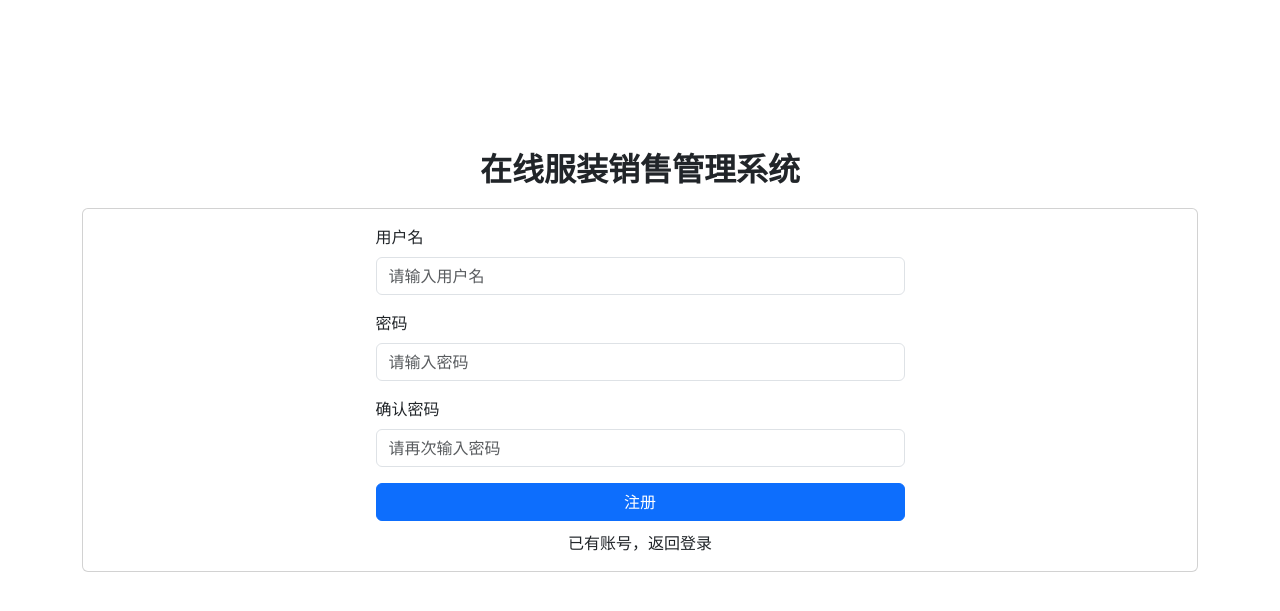
Repository: squawktop/CFS
Page: /user/register (app in web/)
These files come from the project's save history. The page is drawn as it stood at one moment and after the next save; the edit follows.
The browser window is 1280 px wide. The pictures show the whole page.
The project was rebuilt for these pictures with package versions that can differ from the ones it lists, and the page was loaded fresh each time. Also part of the build but not shown: web/vue.config.js, web/src/views/LoginView.vue, web/src/components/NavBar.vue, web/src/views/HomeView.vue, web/src/views/UsersManageView.vue, web/src/views/PersonalCenterView.vue, web/src/views/GoodsManageView.vue, web/src/views/OrdersManageView.vue and 1 more.

Above is the page before, as saved 2024-03-23 18:54:59.

### web/src/App.vue
<template>
  <RouterView></RouterView>
</template>

<script>


// 导入bootstrap
import "bootstrap/dist/css/bootstrap.min.css"
import "bootstrap/dist/js/bootstrap"
// import { ref } from "vue";

// import $ from 'jquery';
export default {
  components: {

  }
  ,
  setup() {
    // const user_id = ref("");
    // const username = ref("");
    // const password = ref("");

    // $.ajax({
    //   type: "get",
    //   url: "http://127.0.0.1:3000/user/getlist",
    //   success(resp) {
    //     user_id.value = resp[0].id;
    //     username.value = resp[0].username;
    //     password.value = resp[0].password;

    //   },
    //   error() {
    //     this.user_id = "error"
    //   }
    // })




    return {

    }
  }

}

</script>

<style></style>

### web/src/router/index.js
import { createRouter, createWebHistory } from 'vue-router'
// import HomeView from '../views/HomeView.vue'
import LoginView from '../views/LoginView.vue'
import RegisterView from '../views/RegisterView.vue'
import HomeView from '../views/HomeView.vue'
import UsersManageView from '../views/UsersManageView.vue'
import PersonalCenterView from '../views/PersonalCenterView.vue'
import GoodsManageView from '../views/GoodsManageView.vue'
import OrdersManageView from '../views/OrdersManageView.vue'
import NotFound from '../views/NotFoundView.vue'
import store from '@/store/index'

const routes = [
  {
    path: '/',
    name: 'home',
    component: HomeView,
    // redirect: "/user/register",
    meta: { //该页面是否需要授权      //随便写， 也可以设置为   flag : true;
      requestAuth: true,
    }
  },

  {
    path: '/user/login',
    name: 'user_login',
    component: LoginView,
    meta: {
      requestAuth: false,
    }
  },

  {
    path: '/user/register',
    name: 'user_register',
    component: RegisterView,
    meta: { //该页面是否需要授权
      requestAuth: false,
    }
  },
  {
    path: '/user/personalcenter',
    name: 'personal_center',
    component: PersonalCenterView,
    meta: { //该页面是否需要授权
      requestAuth: true,
    }
  },

  {
    path: '/user/usermanage',
    name: 'user_manage',
    component: UsersManageView,
    meta: { //该页面是否需要授权
      requestAuth: true,
    }
  }
  ,
  {
    path: '/goods/manage',
    name: 'goods_manage',
    component: GoodsManageView,
    meta: { //该页面是否需要授权
      requestAuth: true,
    }
  }, {
    path: '/orders/manage',
    name: 'orders_manage',
    component: OrdersManageView,
    meta: { //该页面是否需要授权
      requestAuth: true,
    }
  },


  {
    path: "/404/",
    name: "404",
    component: NotFound
  },
  {
    path: "/:catchAll(.*)",
    redirect: "/404/",  //页面重定向到404
  }
]

const router = createRouter({
  history: createWebHistory(),
  routes
})

router.beforeEach((to, from, next) => {
  if (to.meta.requestAuth && !store.state.user.is_login) {
    next({ name: "user_login" });
  } else {
    next();
  }
})

export default router

### web/src/store/index.js
import { createStore } from 'vuex'
import ModuleUser from '@/store/user'

export default createStore({
  state: {
  },
  getters: {
  },
  mutations: {
  },
  actions: {
  },
  modules: {
    user: ModuleUser,
  }
})

### web/src/views/RegisterView.vue
<template>
    <div class="background">
        <h2>在线服装销售管理系统</h2>
        <ContentField>
            <div class="row justify-content-md-center">
                <div class="col-6 ">
                    <form @submit.prevent="register">
                        <div class="mb-3 ">
                            <label for="username" class="form-label">用户名</label>
                            <div><input v-model="username" type="text" class="form-control" id="username"
                                placeholder="请输入用户名" /></div>

                        </div>
                        <div class="mb-3">
                            <label for="password" class="form-label">密码</label>
                            <input v-model="password" type="password" class="form-control" id="password"
                                placeholder="请输入密码" />
                        </div>
                        <div class="mb-3">
                            <label for="confirmedPassword" class="form-label">确认密码</label>
                            <input v-model="confirmedPassword" type="password" class="form-control"
                                id="confirmedPassword" placeholder="请再次输入密码" />
                        </div>
                        <div class="error-message">{{ error_message }} </div>
                        <button type="submit" class="btn btn-primary">注册</button>
                        <div class="tip" @click="loginview">已有账号，返回登录</div>

                    </form>
                </div>
            </div>
        </ContentField>
    </div>

</template>

<script>
import ContentField from "@/components/ContentField.vue";
import { ElMessage } from 'element-plus'
import { ref } from 'vue'
import router from "@/router/index";
import $ from 'jquery'

export default {
    components: {
        ContentField,
    },
    setup() {
        let username = ref('');
        let password = ref('');
        let confirmedPassword = ref('');
        let error_message = ref('');

        const register = () => {
            $.ajax({
                url: "http://127.0.0.1:3000/api/user/account/register/",
                type: "post",
                data: {
                    username: username.value,
                    password: password.value,
                    confirmedPassword: confirmedPassword.value,
                },
                success(resp) {
                    if (resp.error_message === 'success') {
                        ElMessage.success("注册成功，请登录");
                        router.push({ name: "user_login" });
                    } else {
                        error_message.value = resp.error_message;
                    }
                }
            })
        }

        const loginview = () => {
            router.push({ name: "user_login" });
        }

        return {
            username,
            password,
            confirmedPassword,
            error_message,
            register,
            loginview,
        }
    }
};
</script>

<style scoped>
h2 {

    text-align: center;
    margin-top: 150px;
    font-weight: bold;
}

button {
    width: 100%;
}

div.error-message {
    color: red;
}

.tip {
    cursor: pointer;
    text-align: center;
    margin-top: 10px;

}

.tip:hover {
    text-decoration: underline;
}
</style>

### web/src/store/user.js
import router from '@/router';
import $ from 'jquery'
export default {
    state: {
        id: "",
        username: "",
        photo: "",
        token: "",
        is_login: false,
        pulling_info: true,
    },
    getters: {
    },
    mutations: {        //一般是用来修改数据的
        updateUser(state, user) {
            state.id = user.id;
            state.username = user.username;
            state.photo = user.photo;
            state.is_login = user.is_login;
        },
        updateToken(state, token) {
            state.token = token;
        },
        logout(state) {
            state.id = "";
            state.username = "";
            state.photo = "";
            state.token = "";
            state.is_login = false;
            router.push({ name: "user_login" });
        },
        updatePullingInfo(state, pulling_info) {
            state.pulling_info = pulling_info;
        },
    },

    actions: {

        login(context, data) {
            $.ajax({
                url: "http://127.0.0.1:3000/api/user/account/token/",
                type: "post",
                data: {
                    username: data.username,
                    password: data.password,
                },
                success(resp) {
                    if (resp.error_message === "success") {
                        localStorage.setItem("jwt_token", resp.token);
                        context.commit("updateToken", resp.token);
                        data.success(resp);
                    } else {
                        data.error(resp);
                    }
                },
                error(resp) {
                    data.error(resp)
                },
            });
        },
        getinfo(context, data) {
            $.ajax({
                url: "http://127.0.0.1:3000/api/user/account/info/",
                type: "get",
                headers: {
                    Authorization:
                        "Bearer " + context.state.token,
                },
                success(resp) {
                    if (resp.error_message === "success") {
                        // console.log(resp);
                        context.commit("updateUser", {
                            ...resp,
                            is_login: true,

                        });
                        data.success(resp);
                    } else {
                        data.success(resp);
                    }

                },
                error(resp) {
                    data.error(resp);
                },
            });

        },
        logout(context) {
            localStorage.removeItem("jwt_token");
            context.commit("logout")
        }
    },
    modules: {
    }
}

### web/src/components/ContentField.vue
<template>
    <div class="container content-field">
        <div class="card">
            <div class="card-body">
                <slot></slot>
            </div>
        </div>
    </div>
</template>

<script>
</script>

<style scoped>
div.content-field {
    margin-top: 20px;
}
</style>

Loaded but not shown: web/public/index.html (common file); web/src/main.js (common file)

After the next save:
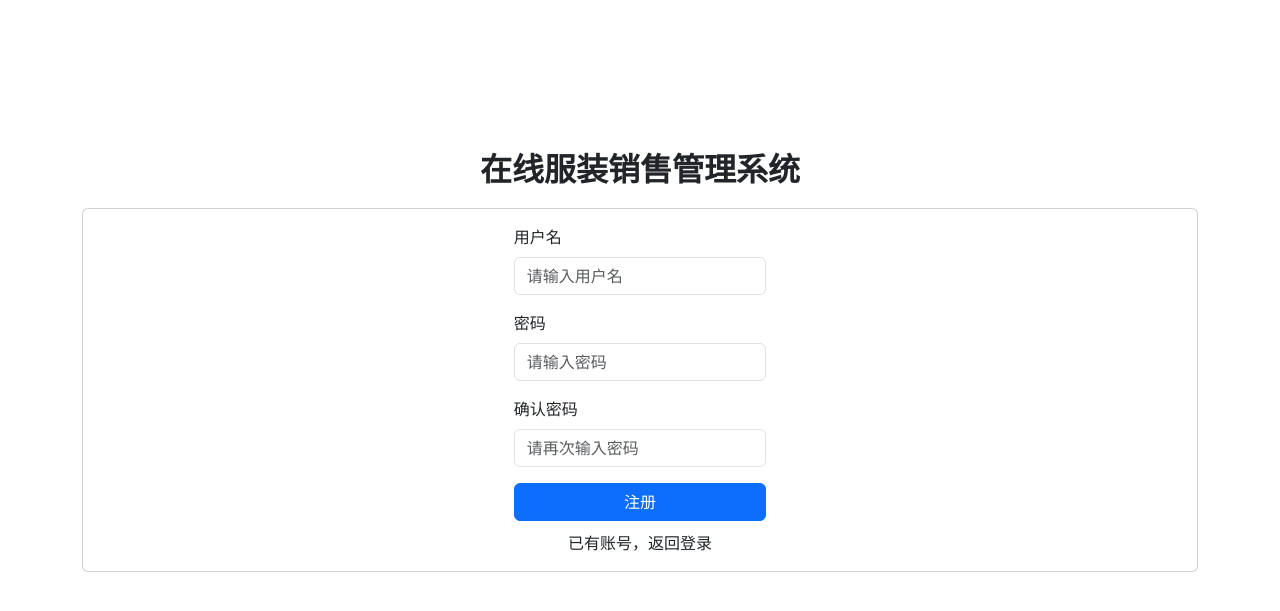
Saved 19 s later.
--- a/web/src/views/RegisterView.vue
+++ b/web/src/views/RegisterView.vue
@@ -3,7 +3,7 @@
         <h2>在线服装销售管理系统</h2>
         <ContentField>
             <div class="row justify-content-md-center">
-                <div class="col-6 ">
+                <div class="col-3">
                     <form @submit.prevent="register">
                         <div class="mb-3 ">
                             <label for="username" class="form-label">用户名</label>
